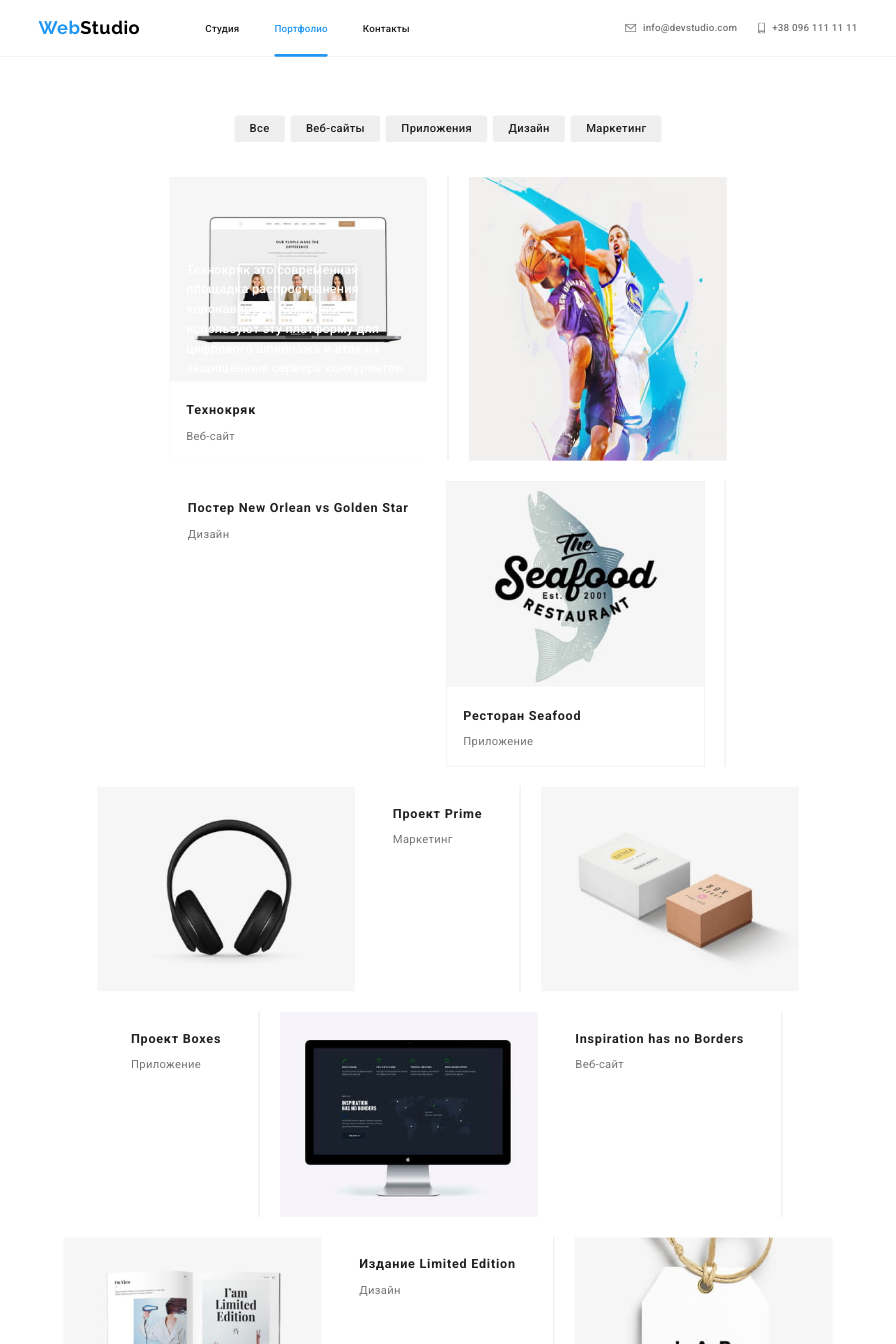
Repository: UliyaKucherernko/home-work-8
Page: porfolio.html
An editor plug-in stored every save of this project. The page is shown before and after the next save, followed by the edit.
The browser window is 1280 px wide. The pictures show the part of the page from y = 0 to 1920 px (the page is 2727 px tall), at 70% of full size.

Above is the page before, as saved 2021-04-14 00:12:53.

After the next save:
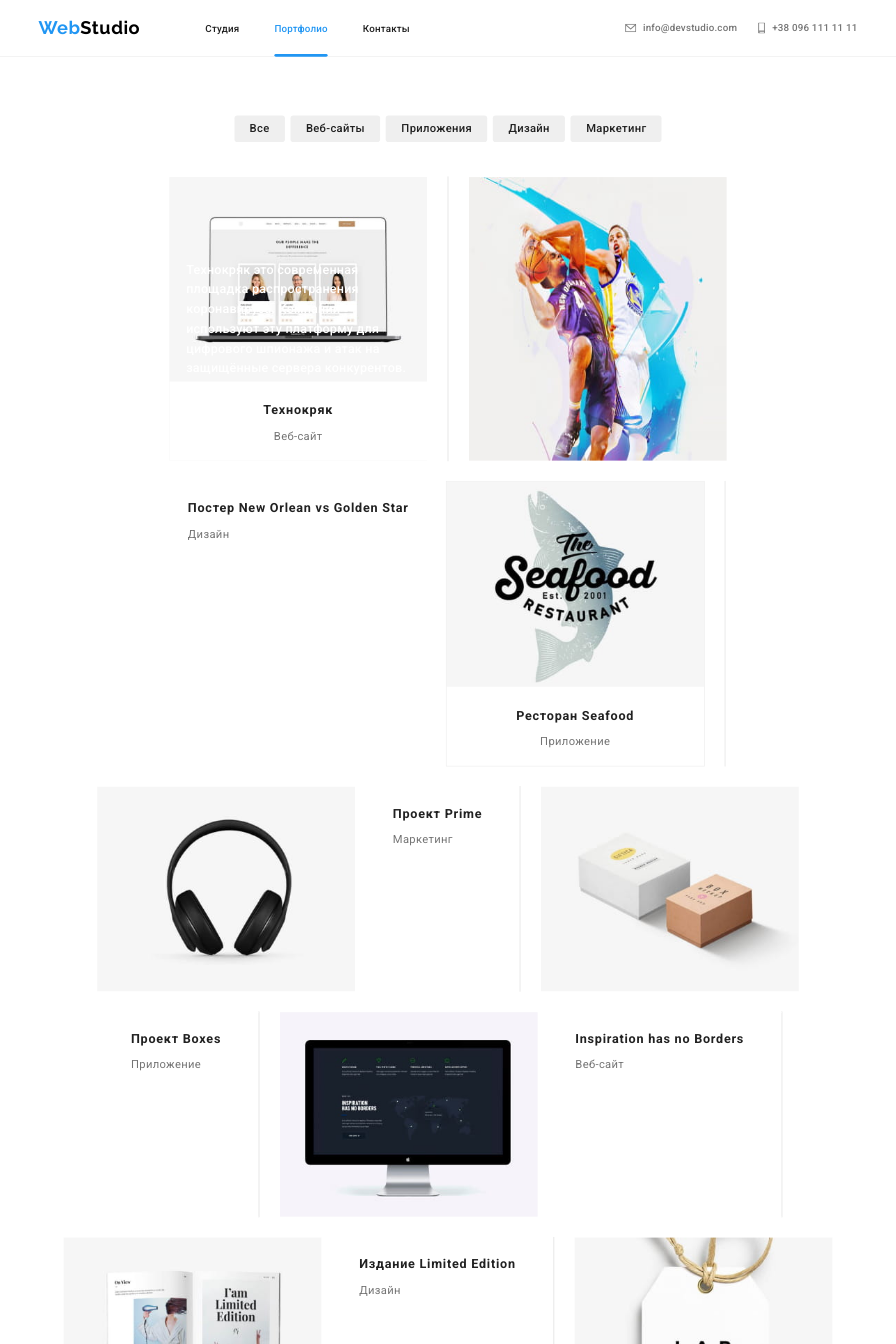
Saved 103 s later.
--- a/css/styles.css
+++ b/css/styles.css
@@ -347,6 +347,9 @@ button:focus {
 }
 .gallery-card {
   --grid-item: 3;
+  text-align: center;
+  background: var(--content-color);
+
   outline: 1px solid #eeeeee;
 }
 
